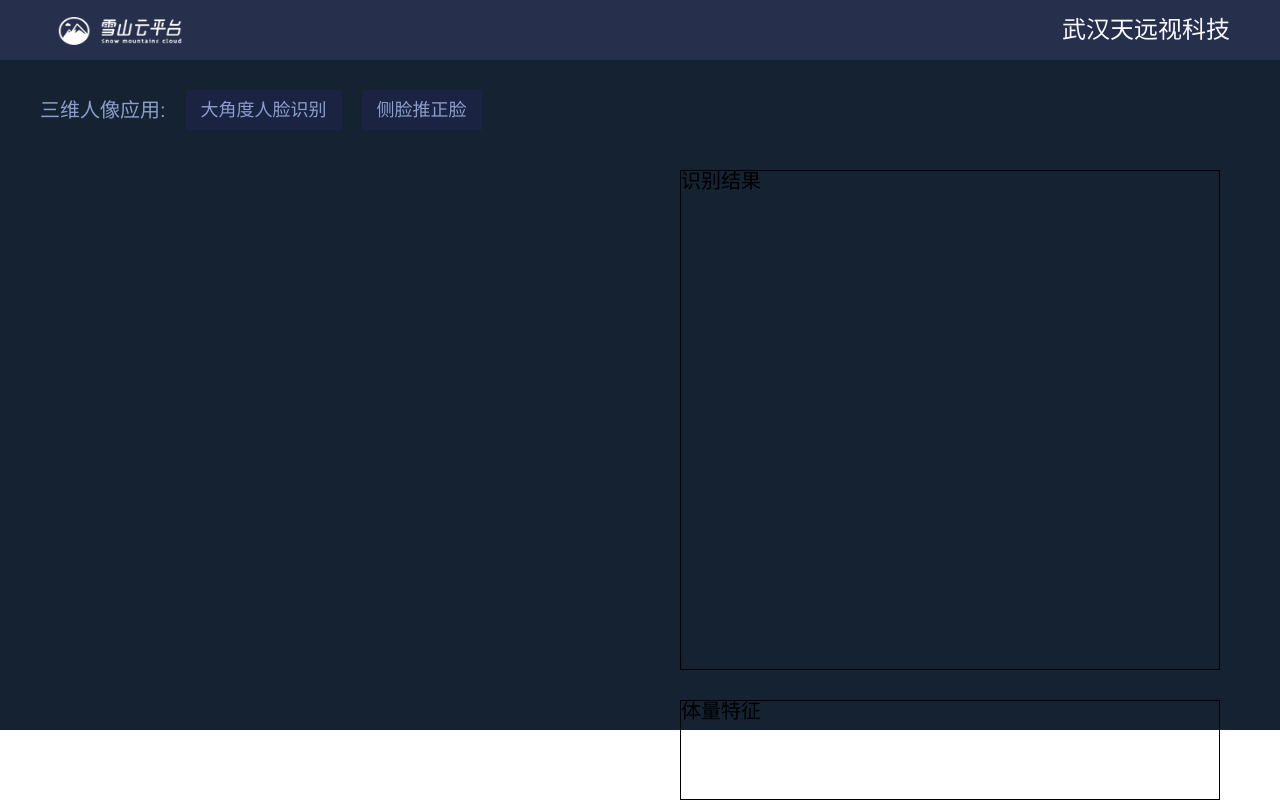
Repository: fyt2020/pubilcDemlo
Page: /#/face
The author's editor kept a copy of each file at every save. The page is drawn from the files as they stood at one save, then again after the next save.
The browser window is 1280 px wide. The pictures show the whole page.
The project was rebuilt for these pictures with package versions that can differ from the ones it lists, and the page was loaded fresh each time.

Above is the page before, as saved 2020-04-28 10:33:38.

After the next save:
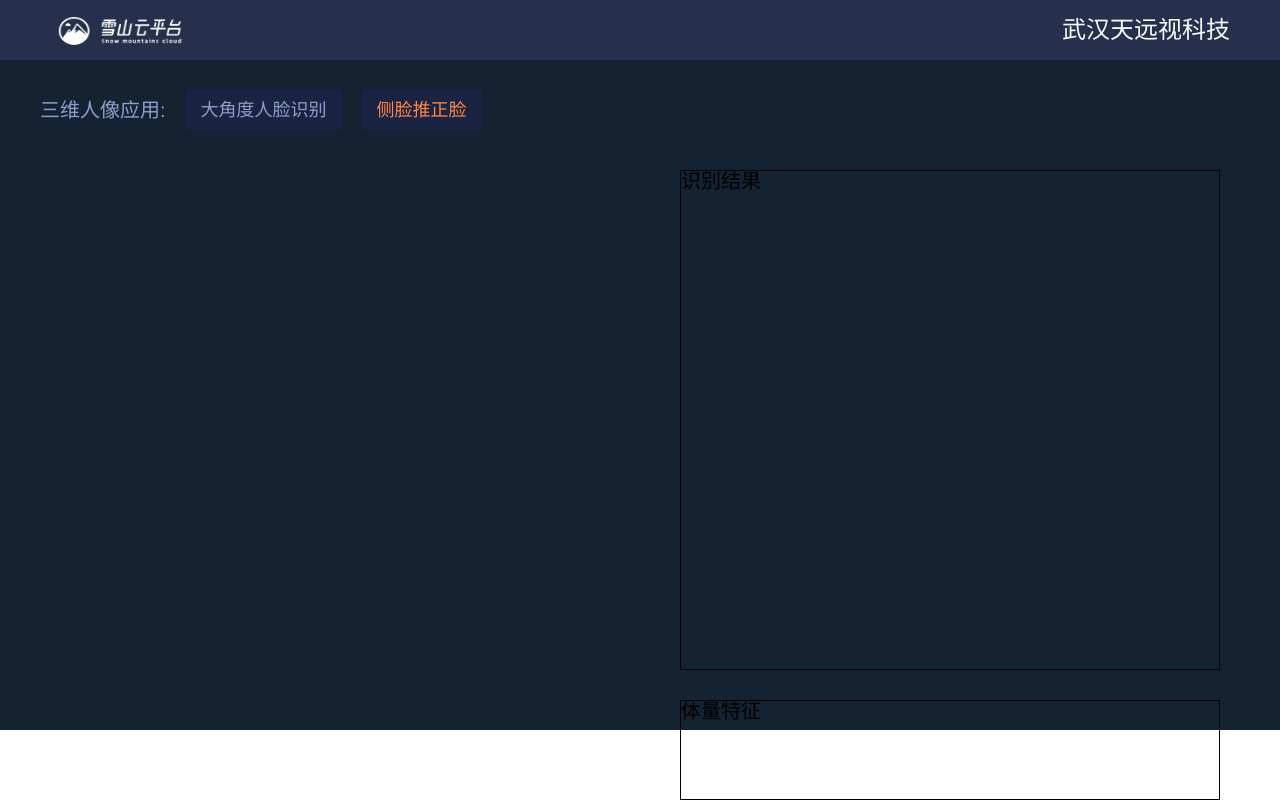
Saved 41 s later.
--- a/src/assets/css/home.scss
+++ b/src/assets/css/home.scss
@@ -53,6 +53,8 @@
         }
         &__item.exactActive{
              display: flex;
+             color: #ff8748;
+
         }
     }
     .content{
